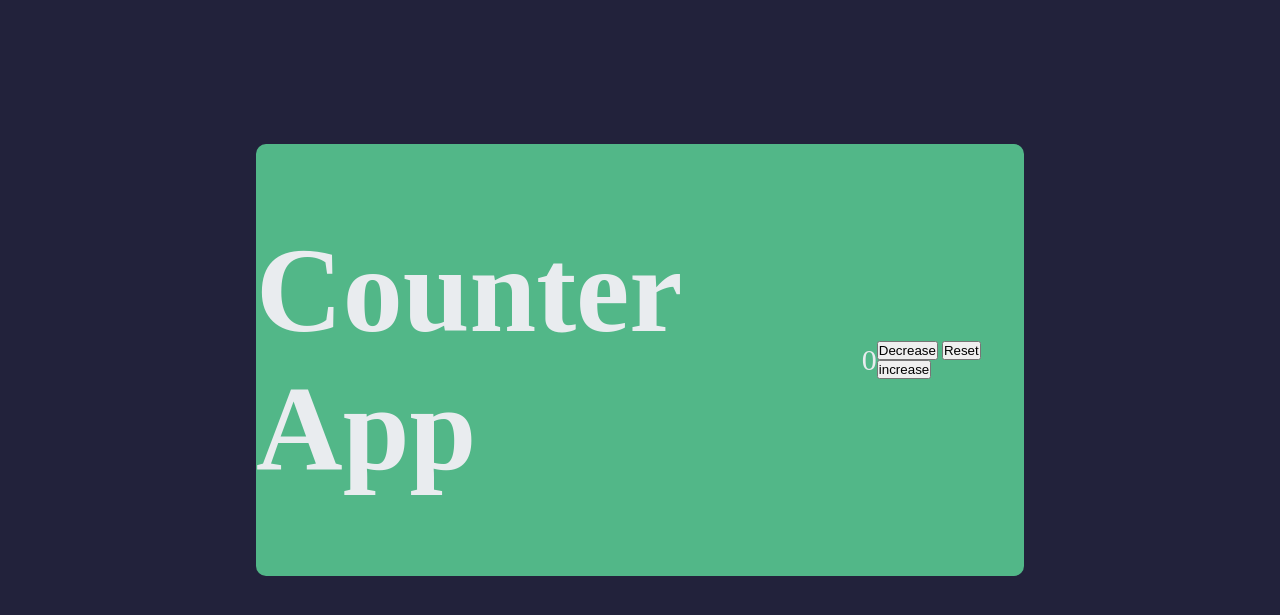
Repository: Yuukicoder/basicProject
Page: project2.html
These files come from the project's save history. The page is drawn as it stood at one moment and after the next save; the edit follows.
The browser window is 1280 px wide. The pictures show the whole page.
Some web fonts or font styles are not loaded; a fallback is used.

Above is the page before, as saved 2023-02-24 17:09:39.

After the next save:
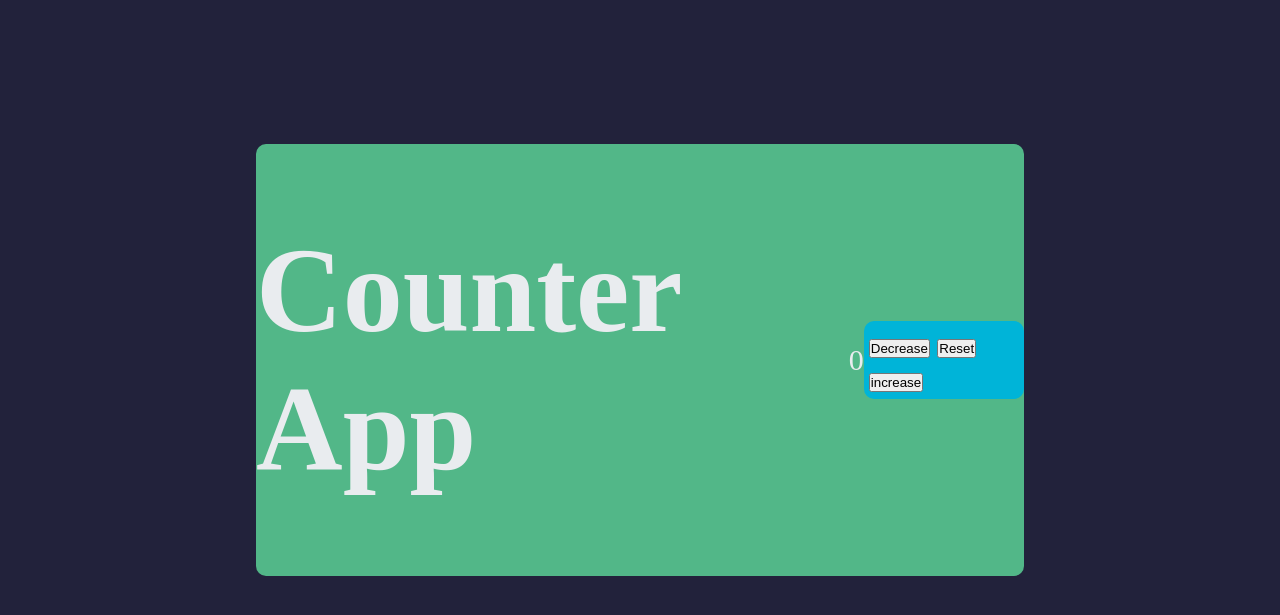
Saved 6 s later.
--- a/assets/css/project2.css
+++ b/assets/css/project2.css
@@ -39,7 +39,7 @@ p {
   display: block;
   font-size: 30px;
 }
-buttons {
+.buttons {
   display: block;
   background-color: var(--button);
   color: var(--text);
